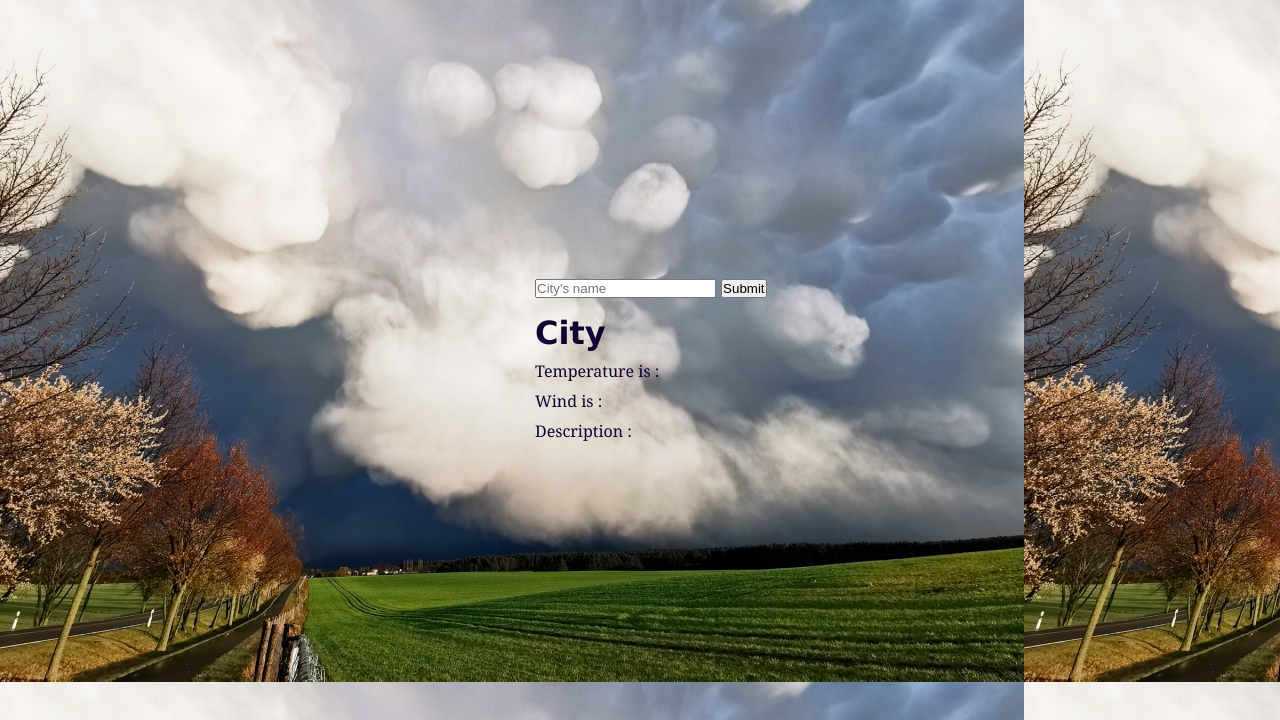
Repository: heartbreathing/searchWeather
Page: index.html
An editor plug-in stored every save of this project. The page is shown before and after the next save, followed by the edit.
The browser window is 1280 px wide. The pictures show the whole page.

Above is the page before, as saved 2022-11-06 22:50:31.

After the next save:
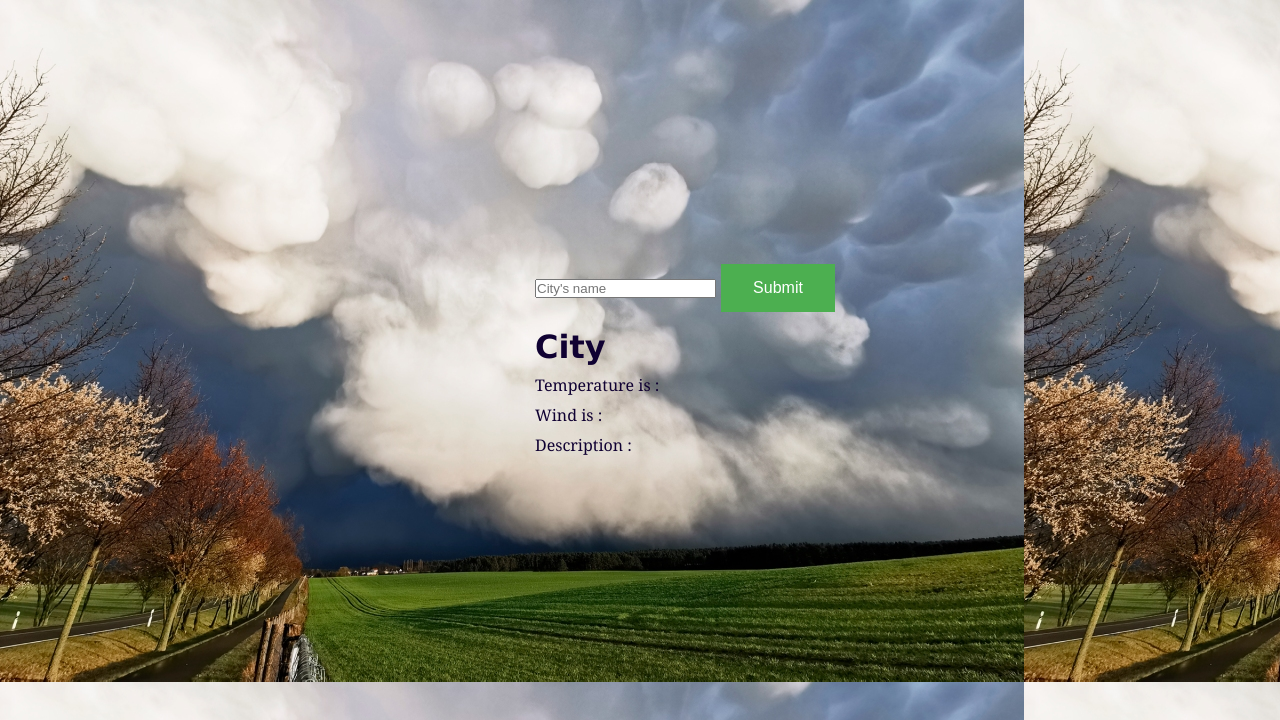
Saved 3 min 23 s later.
--- a/index.css
+++ b/index.css
@@ -26,5 +26,15 @@ h1 {
     margin-top: 0.5rem;
 }
 .btn {
-
+    background-color: #4CAF50; /* Green */
+    border: none;
+    color: white;
+    padding: 15px 32px;
+    text-align: center;
+    text-decoration: none;
+    display: inline-block;
+    font-size: 16px;
+————————————————
+版权声明：本文为CSDN博主「黑夜中的潜行者」的原创文章，遵循CC 4.0 BY-SA版权协议，转载请附上原文出处链接及本声明。
+原文链接：https://blog.csdn.net/qq_43562262/article/details/108442141
 }
